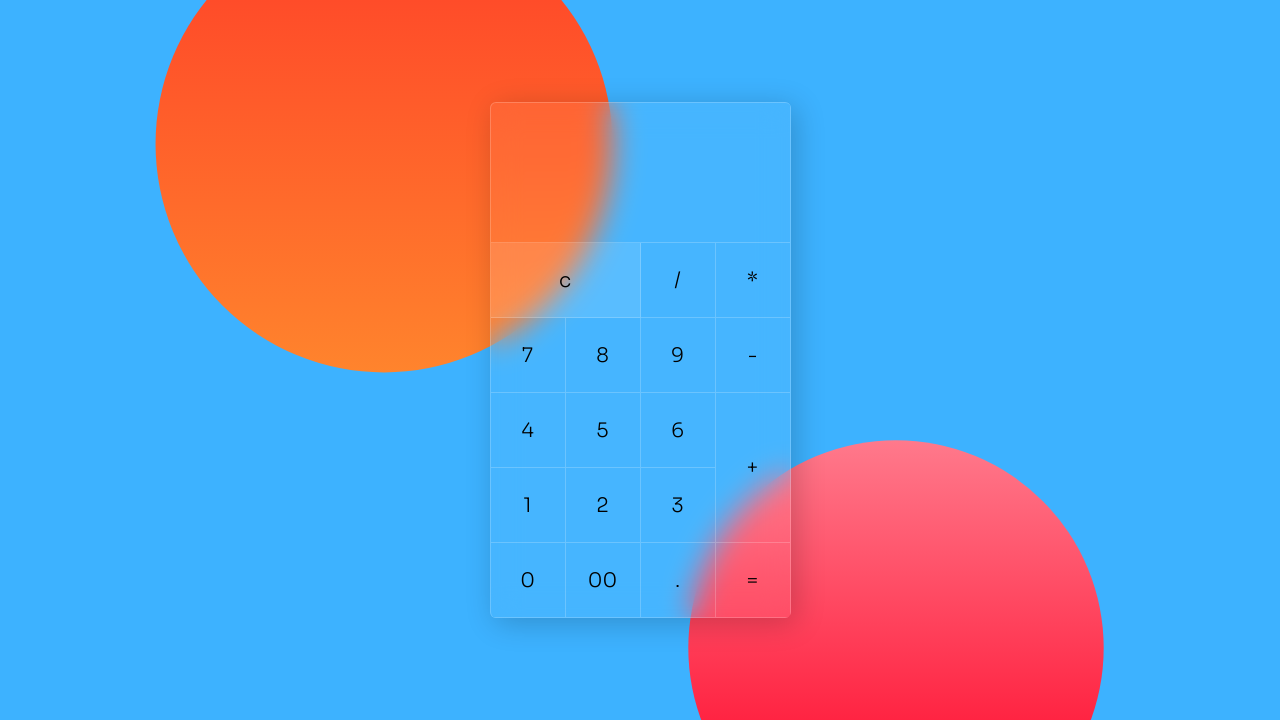
Repository: tharunkumaar404/Glass-Calci
Page: index.html
These files come from the project's save history. The page is drawn as it stood at one moment and after the next save; the edit follows.
The browser window is 1280 px wide. The pictures show the whole page.

Above is the page before, as saved 2021-08-26 15:12:35.

### index.html
<!DOCTYPE html>
<html lang="en">
<head>
    <meta charset="UTF-8">
    <meta http-equiv="X-UA-Compatible" content="IE=edge">
    <meta name="viewport" content="width=device-width, initial-scale=1.0">
    <title>Calculator</title>
    <link rel="stylesheet" href="styles.css">
</head>
<body>
    <div class="container">
        <form class="calculator" name="calc">
            <input type="text" readonly class="value" name="txt"/>
            <span class="num clear" onclick="calc.txt.value = ''">c</span>
            <span class="num" onclick="document.calc.txt.value +='/'">/</span>
            <span class="num" onclick="document.calc.txt.value +='*'">*</span>
            <span class="num" onclick="document.calc.txt.value +='7'">7</span>
            <span class="num" onclick="document.calc.txt.value +='8'">8</span>
            <span class="num" onclick="document.calc.txt.value +='9'">9</span>
            <span class="num" onclick="document.calc.txt.value +='-'">-</span>
            <span class="num" onclick="document.calc.txt.value +='4'">4</span>
            <span class="num " onclick="document.calc.txt.value +='5'">5</span>
            <span class="num" onclick="document.calc.txt.value +='6'">6</span>
            <span class="num plus" onclick="document.calc.txt.value +='+'">+</span>
            <span class="num" onclick="document.calc.txt.value +='1'">1</span>
            <span class="num" onclick="document.calc.txt.value +='2'">2</span>
            <span class="num" onclick="document.calc.txt.value +='3'">3</span>
            <span class="num" onclick="document.calc.txt.value +='0'">0</span>
            <span class="num" onclick="document.calc.txt.value +='00'">00</span>
            <span class="num" onclick="document.calc.txt.value +='.'"">.</span>
            <span class="num equal" onclick="document.calc.txt.value =eval(calc.txt.value)">=</span>
        </form>
    </div>
    <script type="text/javascript" src="vanilla-tilt.js"></script>
    <script type="text/javascript">
    	VanillaTilt.init(document.querySelector(".container"), {
    		max: 15,
    		speed: 400,
            glare: true,
            "max-glare":0.2,
            gyroscope:true,
    	});
    </script>
</body>
</html>

### styles.css
@import url('https://fonts.googleapis.com/css2?family=Sora:wght@300&display=swap');

*{
    margin: 0;
    padding: 0;
    box-sizing: border-box;
    font-family: 'Sora', sans-serif;
}

body{
display:flex;
justify-content: center;
align-items: center;
min-height: 100vh;
background: #3DB2FF;
}

body::before{
    content: '';
    position: absolute;
    top: 0;
    left:0;
    width: 100%;
    height:100%;
    background:linear-gradient(#FF4C29,#FFB830);
    clip-path: circle(22% at 30% 20%);
}
body::after{
    content: '';
    position: absolute;
    top: 0;
    left:0;
    width: 100%;
    height:100%;
    background:linear-gradient(#fff,#FF2442);
    clip-path: circle(20% at 70% 90%);
}

.container{
    position:relative;
    background: rgba(255,255,255,0.05);
    border-radius: 6px;
    overflow: hidden;
    z-index:10;
    backdrop-filter: blur(15px);
    border-top: 1px solid rgba(255,255,255,0.2);
    border-left:1px solid rgba(255,255,255,0.2);
    box-shadow: 5px 5px 30px rgba(0,0,0,0.2);

}

.container .calculator{
    position:relative;
    display:grid;

}

.container .calculator .value{
    grid-column: span 4;
    height: 140px;
    width:300px;
    text-align:right;
    border:none;
    outline:none;
    padding:10px;
    font-size:30px;
    background: transparent;
    color: #000;
    border-bottom: 1px solid rgba(255,255,255,0.2);
    border-right:1px solid rgba(255,255,255,0.2);


}
.container .calculator span {
    display:grid;
    place-items:center;
    height: 75px;
    width:75px;
    color:black;
    cursor:pointer;
    font-weight:400;
    font-size:20px;
    user-select:none;
    border-bottom: 1px solid rgba(255,255,255,0.2);
    border-right:1px solid rgba(255,255,255,0.2);
    transition: 0.5s;


}
.container .calculator span:hover{
    transition: 0s;
    background: rgba(255,255,255,0.2);
}

.container .calculator span:active{
    background: #3DB2FF;
    color: #F7F3E9;
    font-size: 24px;
    font-weight: 500;

}
.container .calculator .clear{
    grid-column: span 2;
    width:150px;
    background: rgba(255,255,255,0.1);
}
.container .calculator .plus{
grid-row: span 2;
height:150px;
}

### vanilla-tilt.js
var VanillaTilt = (function () {
'use strict';

/**
 * Created by Sergiu Șandor (micku7zu) on 1/27/2017.
 * Original idea: https://github.com/gijsroge/tilt.js
 * MIT License.
 * Version 1.7.1
 */

class VanillaTilt {
  constructor(element, settings = {}) {
    if (!(element instanceof Node)) {
      throw ("Can't initialize VanillaTilt because " + element + " is not a Node.");
    }

    this.width = null;
    this.height = null;
    this.clientWidth = null;
    this.clientHeight = null;
    this.left = null;
    this.top = null;

    // for Gyroscope sampling
    this.gammazero = null;
    this.betazero = null;
    this.lastgammazero = null;
    this.lastbetazero = null;

    this.transitionTimeout = null;
    this.updateCall = null;
    this.event = null;

    this.updateBind = this.update.bind(this);
    this.resetBind = this.reset.bind(this);

    this.element = element;
    this.settings = this.extendSettings(settings);

    this.reverse = this.settings.reverse ? -1 : 1;
    this.glare = VanillaTilt.isSettingTrue(this.settings.glare);
    this.glarePrerender = VanillaTilt.isSettingTrue(this.settings["glare-prerender"]);
    this.fullPageListening = VanillaTilt.isSettingTrue(this.settings["full-page-listening"]);
    this.gyroscope = VanillaTilt.isSettingTrue(this.settings.gyroscope);
    this.gyroscopeSamples = this.settings.gyroscopeSamples;

    this.elementListener = this.getElementListener();

    if (this.glare) {
      this.prepareGlare();
    }

    if (this.fullPageListening) {
      this.updateClientSize();
    }

    this.addEventListeners();
    this.updateInitialPosition();
  }

  static isSettingTrue(setting) {
    return setting === "" || setting === true || setting === 1;
  }

  /**
   * Method returns element what will be listen mouse events
   * @return {Node}
   */
  getElementListener() {
    if (this.fullPageListening) {
      return window.document;
    }

    if (typeof this.settings["mouse-event-element"] === "string") {
      const mouseEventElement = document.querySelector(this.settings["mouse-event-element"]);

      if (mouseEventElement) {
        return mouseEventElement;
      }
    }

    if (this.settings["mouse-event-element"] instanceof Node) {
      return this.settings["mouse-event-element"];
    }

    return this.element;
  }

  /**
   * Method set listen methods for this.elementListener
   * @return {Node}
   */
  addEventListeners() {
    this.onMouseEnterBind = this.onMouseEnter.bind(this);
    this.onMouseMoveBind = this.onMouseMove.bind(this);
    this.onMouseLeaveBind = this.onMouseLeave.bind(this);
    this.onWindowResizeBind = this.onWindowResize.bind(this);
    this.onDeviceOrientationBind = this.onDeviceOrientation.bind(this);

    this.elementListener.addEventListener("mouseenter", this.onMouseEnterBind);
    this.elementListener.addEventListener("mouseleave", this.onMouseLeaveBind);
    this.elementListener.addEventListener("mousemove", this.onMouseMoveBind);

    if (this.glare || this.fullPageListening) {
      window.addEventListener("resize", this.onWindowResizeBind);
    }

    if (this.gyroscope) {
      window.addEventListener("deviceorientation", this.onDeviceOrientationBind);
    }
  }

  /**
   * Method remove event listeners from current this.elementListener
   */
  removeEventListeners() {
    this.elementListener.removeEventListener("mouseenter", this.onMouseEnterBind);
    this.elementListener.removeEventListener("mouseleave", this.onMouseLeaveBind);
    this.elementListener.removeEventListener("mousemove", this.onMouseMoveBind);

    if (this.gyroscope) {
      window.removeEventListener("deviceorientation", this.onDeviceOrientationBind);
    }

    if (this.glare || this.fullPageListening) {
      window.removeEventListener("resize", this.onWindowResizeBind);
    }
  }

  destroy() {
    clearTimeout(this.transitionTimeout);
    if (this.updateCall !== null) {
      cancelAnimationFrame(this.updateCall);
    }

    this.reset();

    this.removeEventListeners();
    this.element.vanillaTilt = null;
    delete this.element.vanillaTilt;

    this.element = null;
  }

  onDeviceOrientation(event) {
    if (event.gamma === null || event.beta === null) {
      return;
    }

    this.updateElementPosition();

    if (this.gyroscopeSamples > 0) {
      this.lastgammazero = this.gammazero;
      this.lastbetazero = this.betazero;

      if (this.gammazero === null) {
        this.gammazero = event.gamma;
        this.betazero = event.beta;
      } else {
        this.gammazero = (event.gamma + this.lastgammazero) / 2;
        this.betazero = (event.beta + this.lastbetazero) / 2;
      }

      this.gyroscopeSamples -= 1;
    }

    const totalAngleX = this.settings.gyroscopeMaxAngleX - this.settings.gyroscopeMinAngleX;
    const totalAngleY = this.settings.gyroscopeMaxAngleY - this.settings.gyroscopeMinAngleY;

    const degreesPerPixelX = totalAngleX / this.width;
    const degreesPerPixelY = totalAngleY / this.height;

    const angleX = event.gamma - (this.settings.gyroscopeMinAngleX + this.gammazero);
    const angleY = event.beta - (this.settings.gyroscopeMinAngleY + this.betazero);

    const posX = angleX / degreesPerPixelX;
    const posY = angleY / degreesPerPixelY;

    if (this.updateCall !== null) {
      cancelAnimationFrame(this.updateCall);
    }

    this.event = {
      clientX: posX + this.left,
      clientY: posY + this.top,
    };

    this.updateCall = requestAnimationFrame(this.updateBind);
  }

  onMouseEnter() {
    this.updateElementPosition();
    this.element.style.willChange = "transform";
    this.setTransition();
  }

  onMouseMove(event) {
    if (this.updateCall !== null) {
      cancelAnimationFrame(this.updateCall);
    }

    this.event = event;
    this.updateCall = requestAnimationFrame(this.updateBind);
  }

  onMouseLeave() {
    this.setTransition();

    if (this.settings.reset) {
      requestAnimationFrame(this.resetBind);
    }
  }

  reset() {
    this.event = {
      clientX: this.left + this.width / 2,
      clientY: this.top + this.height / 2
    };

    if (this.element && this.element.style) {
      this.element.style.transform = `perspective(${this.settings.perspective}px) ` +
        `rotateX(0deg) ` +
        `rotateY(0deg) ` +
        `scale3d(1, 1, 1)`;
    }

    this.resetGlare();
  }

  resetGlare() {
    if (this.glare) {
      this.glareElement.style.transform = "rotate(180deg) translate(-50%, -50%)";
      this.glareElement.style.opacity = "0";
    }
  }

  updateInitialPosition() {
    if (this.settings.startX === 0 && this.settings.startY === 0) {
      return;
    }

    this.onMouseEnter();

    if (this.fullPageListening) {
      this.event = {
        clientX: (this.settings.startX + this.settings.max) / (2 * this.settings.max) * this.clientWidth,
        clientY: (this.settings.startY + this.settings.max) / (2 * this.settings.max) * this.clientHeight
      };
    } else {
      this.event = {
        clientX: this.left + ((this.settings.startX + this.settings.max) / (2 * this.settings.max) * this.width),
        clientY: this.top + ((this.settings.startY + this.settings.max) / (2 * this.settings.max) * this.height)
      };
    }


    let backupScale = this.settings.scale;
    this.settings.scale = 1;
    this.update();
    this.settings.scale = backupScale;
    this.resetGlare();
  }

  getValues() {
    let x, y;

    if (this.fullPageListening) {
      x = this.event.clientX / this.clientWidth;
      y = this.event.clientY / this.clientHeight;
    } else {
      x = (this.event.clientX - this.left) / this.width;
      y = (this.event.clientY - this.top) / this.height;
    }

    x = Math.min(Math.max(x, 0), 1);
    y = Math.min(Math.max(y, 0), 1);

    let tiltX = (this.reverse * (this.settings.max - x * this.settings.max * 2)).toFixed(2);
    let tiltY = (this.reverse * (y * this.settings.max * 2 - this.settings.max)).toFixed(2);
    let angle = Math.atan2(this.event.clientX - (this.left + this.width / 2), -(this.event.clientY - (this.top + this.height / 2))) * (180 / Math.PI);

    return {
      tiltX: tiltX,
      tiltY: tiltY,
      percentageX: x * 100,
      percentageY: y * 100,
      angle: angle
    };
  }

  updateElementPosition() {
    let rect = this.element.getBoundingClientRect();

    this.width = this.element.offsetWidth;
    this.height = this.element.offsetHeight;
    this.left = rect.left;
    this.top = rect.top;
  }

  update() {
    let values = this.getValues();

    this.element.style.transform = "perspective(" + this.settings.perspective + "px) " +
      "rotateX(" + (this.settings.axis === "x" ? 0 : values.tiltY) + "deg) " +
      "rotateY(" + (this.settings.axis === "y" ? 0 : values.tiltX) + "deg) " +
      "scale3d(" + this.settings.scale + ", " + this.settings.scale + ", " + this.settings.scale + ")";

    if (this.glare) {
      this.glareElement.style.transform = `rotate(${values.angle}deg) translate(-50%, -50%)`;
      this.glareElement.style.opacity = `${values.percentageY * this.settings["max-glare"] / 100}`;
    }

    this.element.dispatchEvent(new CustomEvent("tiltChange", {
      "detail": values
    }));

    this.updateCall = null;
  }

  /**
   * Appends the glare element (if glarePrerender equals false)
   * and sets the default style
   */
  prepareGlare() {
    // If option pre-render is enabled we assume all html/css is present for an optimal glare effect.
    if (!this.glarePrerender) {
      // Create glare element
      const jsTiltGlare = document.createElement("div");
      jsTiltGlare.classList.add("js-tilt-glare");

      const jsTiltGlareInner = document.createElement("div");
      jsTiltGlareInner.classList.add("js-tilt-glare-inner");

      jsTiltGlare.appendChild(jsTiltGlareInner);
      this.element.appendChild(jsTiltGlare);
    }

    this.glareElementWrapper = this.element.querySelector(".js-tilt-glare");
    this.glareElement = this.element.querySelector(".js-tilt-glare-inner");

    if (this.glarePrerender) {
      return;
    }

    Object.assign(this.glareElementWrapper.style, {
      "position": "absolute",
      "top": "0",
      "left": "0",
      "width": "100%",
      "height": "100%",
      "overflow": "hidden",
      "pointer-events": "none"
    });

    Object.assign(this.glareElement.style, {
      "position": "absolute",
      "top": "50%",
      "left": "50%",
      "pointer-events": "none",
      "background-image": `linear-gradient(0deg, rgba(255,255,255,0) 0%, rgba(255,255,255,1) 100%)`,
      "width": `${this.element.offsetWidth * 2}px`,
      "height": `${this.element.offsetWidth * 2}px`,
      "transform": "rotate(180deg) translate(-50%, -50%)",
      "transform-origin": "0% 0%",
      "opacity": "0",
    });
  }

  updateGlareSize() {
    if (this.glare) {
      Object.assign(this.glareElement.style, {
        "width": `${this.element.offsetWidth * 2}`,
        "height": `${this.element.offsetWidth * 2}`,
      });
    }
  }

  updateClientSize() {
    this.clientWidth = window.innerWidth
      || document.documentElement.clientWidth
      || document.body.clientWidth;

    this.clientHeight = window.innerHeight
      || document.documentElement.clientHeight
      || document.body.clientHeight;
  }

  onWindowResize() {
    this.updateGlareSize();
    this.updateClientSize();
  }

  setTransition() {
    clearTimeout(this.transitionTimeout);
    this.element.style.transition = this.settings.speed + "ms " + this.settings.easing;
    if (this.glare) this.glareElement.style.transition = `opacity ${this.settings.speed}ms ${this.settings.easing}`;

    this.transitionTimeout = setTimeout(() => {
      this.element.style.transition = "";
      if (this.glare) {
        this.glareElement.style.transition = "";
      }
    }, this.settings.speed);

  }

  /**
   * Method return patched settings of instance
   * @param {boolean} settings.reverse - reverse the tilt direction
   * @param {number} settings.max - max tilt rotation (degrees)
   * @param {startX} settings.startX - the starting tilt on the X axis, in degrees. Default: 0
   * @param {startY} settings.startY - the starting tilt on the Y axis, in degrees. Default: 0
   * @param {number} settings.perspective - Transform perspective, the lower the more extreme the tilt gets
   * @param {string} settings.easing - Easing on enter/exit
   * @param {number} settings.scale - 2 = 200%, 1.5 = 150%, etc..
   * @param {number} settings.speed - Speed of the enter/exit transition
   * @param {boolean} settings.transition - Set a transition on enter/exit
   * @param {string|null} settings.axis - What axis should be disabled. Can be X or Y
   * @param {boolean} settings.glare - What axis should be disabled. Can be X or Y
   * @param {number} settings.max-glare - the maximum "glare" opacity (1 = 100%, 0.5 = 50%)
   * @param {boolean} settings.glare-prerender - false = VanillaTilt creates the glare elements for you, otherwise
   * @param {boolean} settings.full-page-listening - If true, parallax effect will listen to mouse move events on the whole document, not only the selected element
   * @param {string|object} settings.mouse-event-element - String selector or link to HTML-element what will be listen mouse events
   * @param {boolean} settings.reset - false = If the tilt effect has to be reset on exit
   * @param {gyroscope} settings.gyroscope - Enable tilting by deviceorientation events
   * @param {gyroscopeSensitivity} settings.gyroscopeSensitivity - Between 0 and 1 - The angle at which max tilt position is reached. 1 = 90deg, 0.5 = 45deg, etc..
   * @param {gyroscopeSamples} settings.gyroscopeSamples - How many gyroscope moves to decide the starting position.
   */
  extendSettings(settings) {
    let defaultSettings = {
      reverse: false,
      max: 15,
      startX: 0,
      startY: 0,
      perspective: 1000,
      easing: "cubic-bezier(.03,.98,.52,.99)",
      scale: 1,
      speed: 300,
      transition: true,
      axis: null,
      glare: false,
      "max-glare": 1,
      "glare-prerender": false,
      "full-page-listening": false,
      "mouse-event-element": null,
      reset: true,
      gyroscope: true,
      gyroscopeMinAngleX: -45,
      gyroscopeMaxAngleX: 45,
      gyroscopeMinAngleY: -45,
      gyroscopeMaxAngleY: 45,
      gyroscopeSamples: 10
    };

    let newSettings = {};
    for (var property in defaultSettings) {
      if (property in settings) {
        newSettings[property] = settings[property];
      } else if (this.element.hasAttribute("data-tilt-" + property)) {
        let attribute = this.element.getAttribute("data-tilt-" + property);
        try {
          newSettings[property] = JSON.parse(attribute);
        } catch (e) {
          newSettings[property] = attribute;
        }

      } else {
        newSettings[property] = defaultSettings[property];
      }
    }

    return newSettings;
  }

  static init(elements, settings) {
    if (elements instanceof Node) {
      elements = [elements];
    }

    if (elements instanceof NodeList) {
      elements = [].slice.call(elements);
    }

    if (!(elements instanceof Array)) {
      return;
    }

    elements.forEach((element) => {
      if (!("vanillaTilt" in element)) {
        element.vanillaTilt = new VanillaTilt(element, settings);
      }
    });
  }
}

if (typeof document !== "undefined") {
  /* expose the class to window */
  window.VanillaTilt = VanillaTilt;

  /**
   * Auto load
   */
  VanillaTilt.init(document.querySelectorAll("[data-tilt]"));
}

return VanillaTilt;

}());

After the next save:
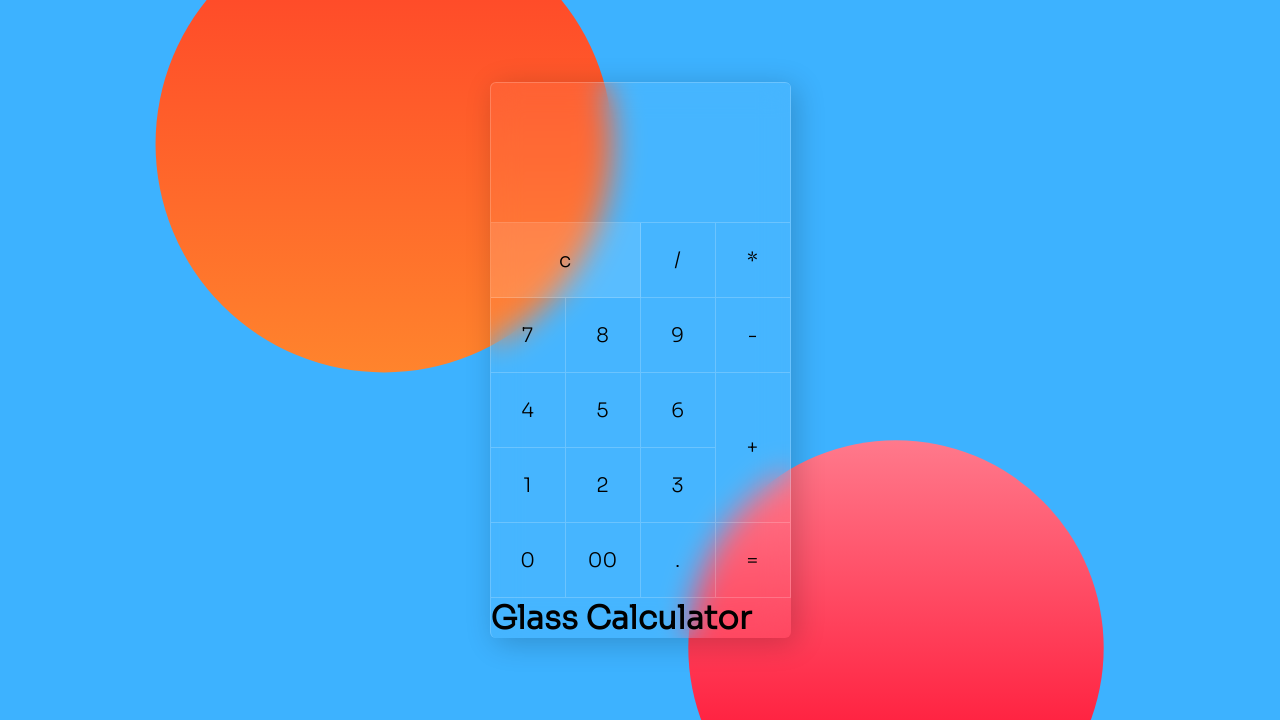
Saved 52 s later.
--- a/index.html
+++ b/index.html
@@ -30,6 +30,7 @@
             <span class="num" onclick="document.calc.txt.value +='.'"">.</span>
             <span class="num equal" onclick="document.calc.txt.value =eval(calc.txt.value)">=</span>
         </form>
+        <h1>Glass Calculator</h1>
     </div>
     <script type="text/javascript" src="vanilla-tilt.js"></script>
     <script type="text/javascript">
